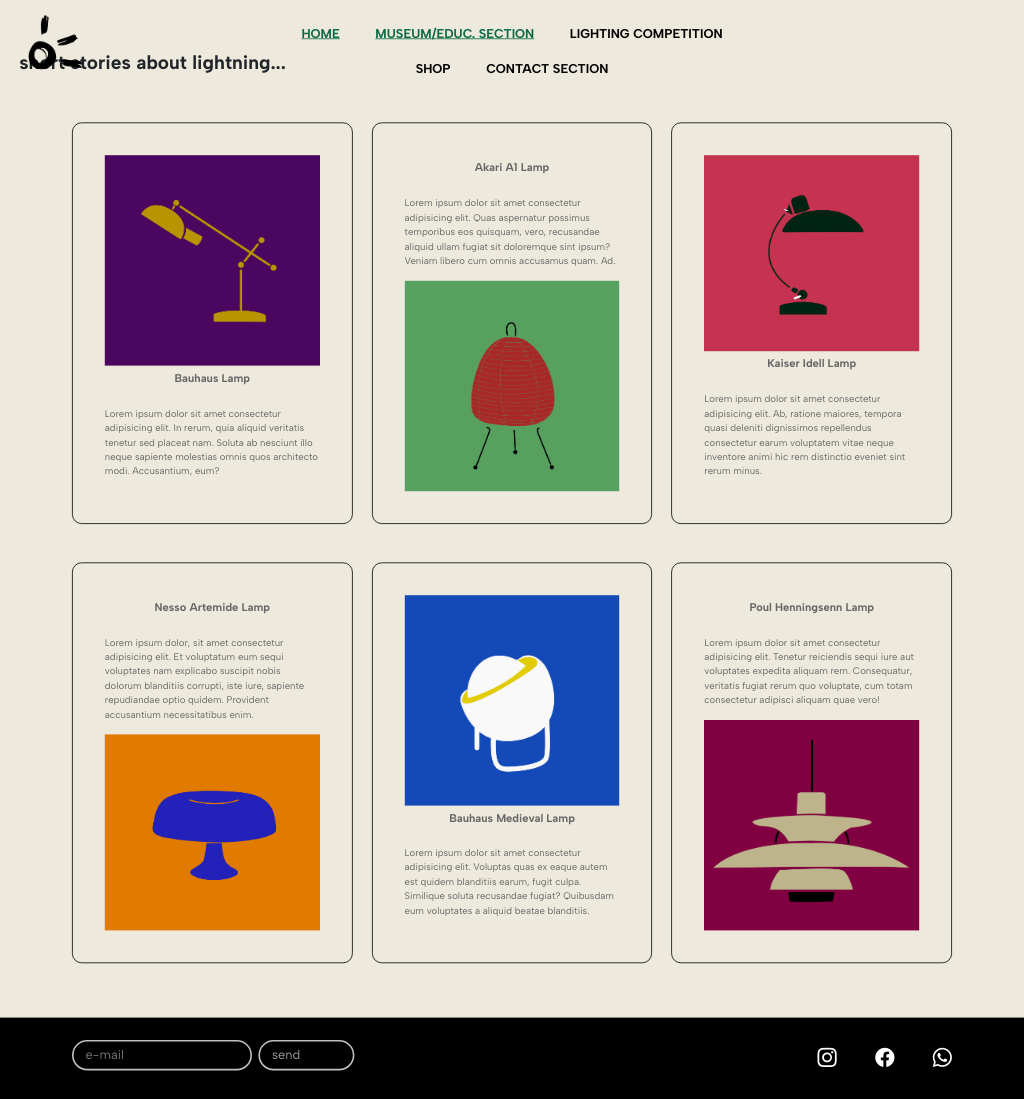
Repository: veronicamdiaz/Landing-Page-Practices
Page: museum-educational-section.html
These files come from the project's save history. The page is drawn as it stood at one moment and after the next save; the edit follows.
The browser window is 1280 px wide. The pictures show the whole page, at 80% of full size.

Above is the page before, as saved 2025-05-14 23:34:26.
Console error: TypeError: Cannot read properties of null (reading 'addEventListener')

After the next save:
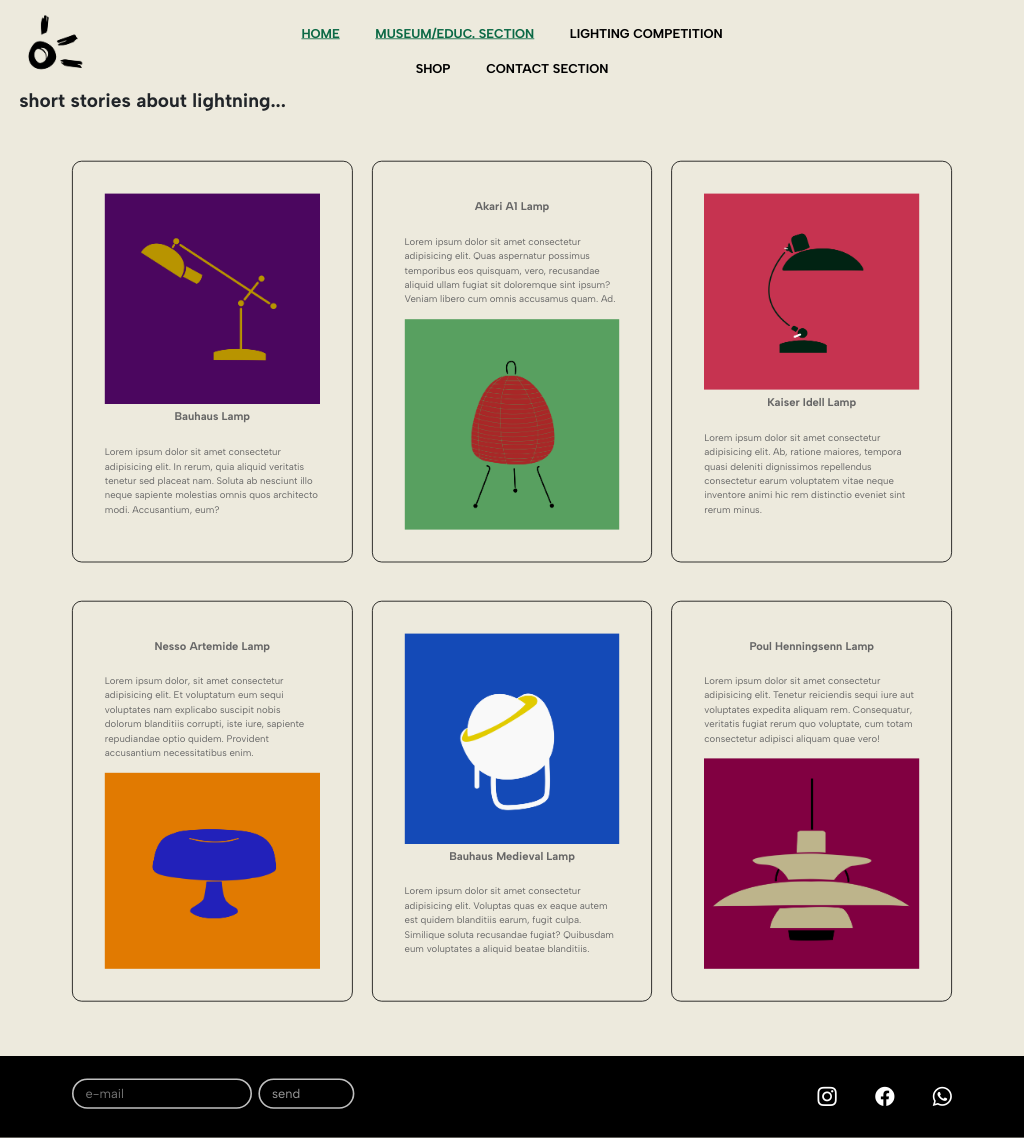
Saved 62 s later.
--- a/museum-educational-section.html
+++ b/museum-educational-section.html
@@ -34,7 +34,7 @@
 
 
 <section id="museum-educational-section">
-    <h2 class="section-title mb-3 p-4">short stories about lightning...</h2>
+    <h2 class="section-title mt-5 mb-3 p-4">short stories about lightning...</h2>
     <div class="container">
     <div class="row">
         <div class="col-md-4 col-12 mb-5 p-6">
